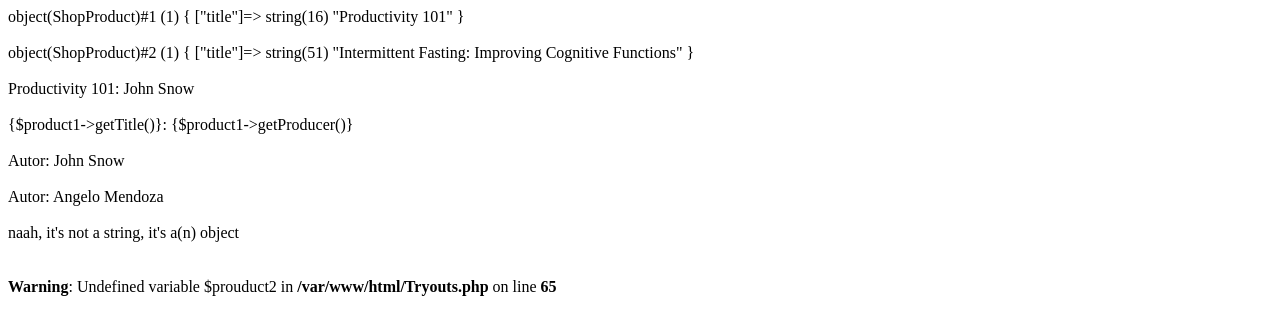
Repository: wojciechDrozd/php
Page: http://localhost/Tryouts.php
An editor plug-in stored every save of this project. The page is shown before and after the next save, followed by the edit.
The browser window is 1280 px wide. The pictures show the whole page.
The page is run by PHP 8.4 with error messages shown; the project is at /var/www/html/.

Above is the page before, as saved 2017-03-04 06:48:35.

After the next save:
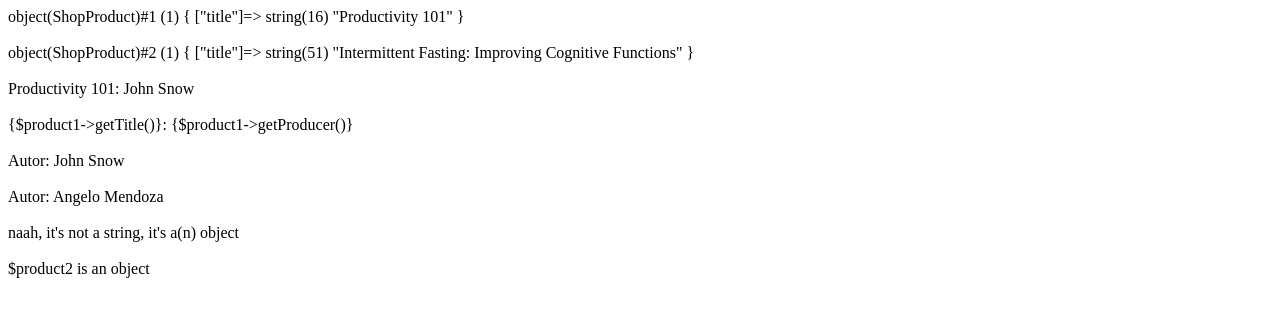
Saved 11 s later.
--- a/Pro/Tryouts.php
+++ b/Pro/Tryouts.php
@@ -62,7 +62,7 @@ else
 
 
 print "<br><br>";
-if(is_object($prouduct2))
+if(is_object($product2))
 	print '$product2 is an object';
 
 print "<br><br>";
